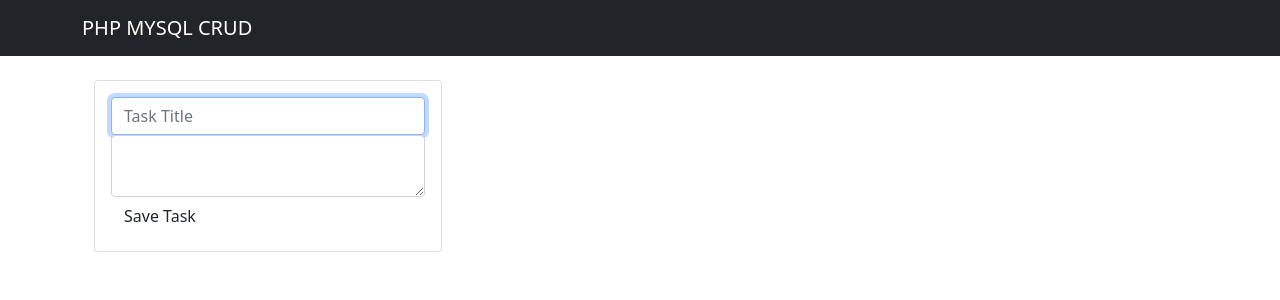
Repository: NickArregoces/Task_Crud
Page: http://localhost/
An editor plug-in stored every save of this project. The page is shown before and after the next save, followed by the edit.
The browser window is 1280 px wide. The pictures show the whole page.
Some web libraries are served in a nearby version. The page is run by PHP 8.4 with error messages shown; the project is at /var/www/html/.

Above is the page before, as saved 2022-03-18 15:39:17.

After the next save:
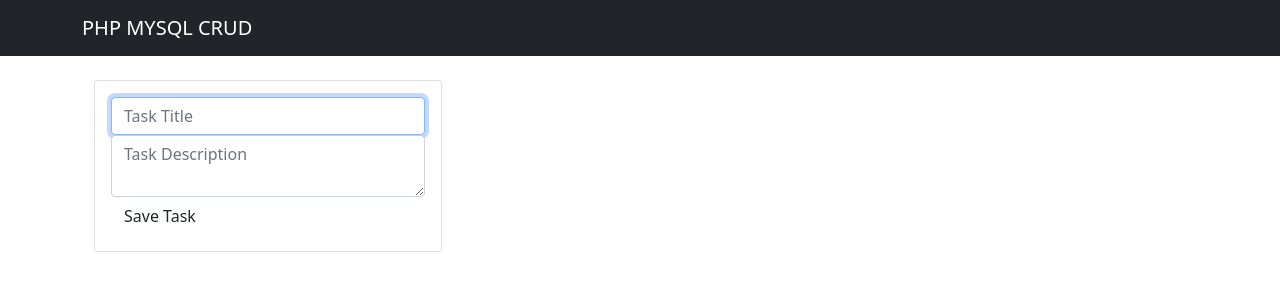
Saved 30 s later.
--- a/index.php
+++ b/index.php
@@ -11,7 +11,7 @@
                         <input type="text" name="title" class ="form-control" placeholder ="Task Title" autofocus>
                     </div>
                     <div class="form-group">
-                        <textarea name="description"  rows="2" class ="form-control" placeholder"Task Description"></textarea>
+                        <textarea name="description"  rows="2" class ="form-control" placeholder="Task Description"></textarea>
                     </div>
                     <input type="submit" class="btn btn-sucess btn-block" name ="save_task" value ="Save Task">
                 </form>
